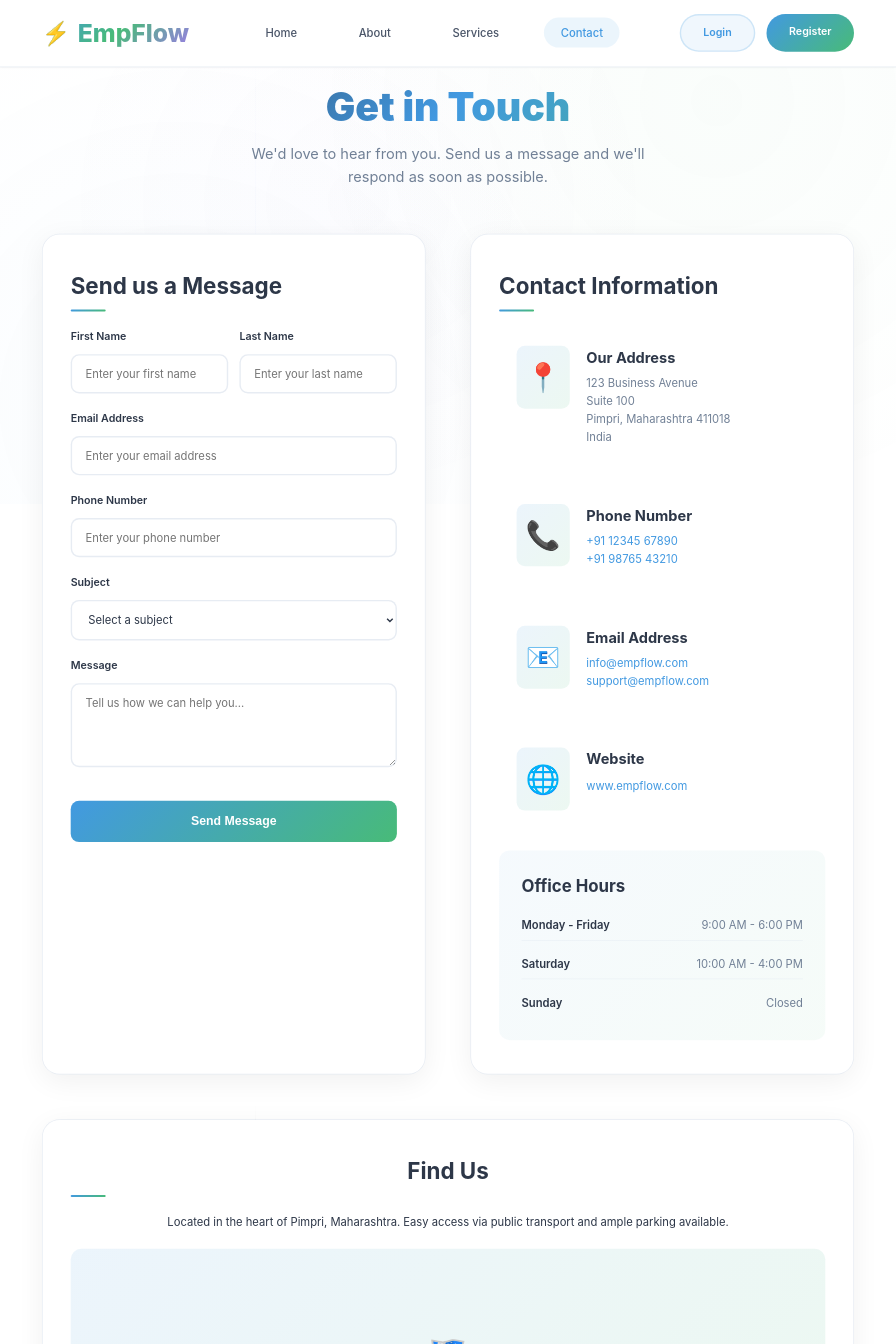
Repository: Shwetannarkhede/EmployeeHub
Page: EmployeeManagemntSystem/src/main/webapp/contact.html
The author's editor kept a copy of each file at every save. The page is drawn from the files as they stood at one save, then again after the next save.
The browser window is 1280 px wide. The pictures show the part of the page from y = 0 to 1920 px (the page is 2725 px tall), at 70% of full size.

Above is the page before, as saved 2025-09-21 16:28:50.

### EmployeeManagemntSystem/src/main/webapp/contact.html
<!DOCTYPE html>
<html lang="en">
<head>
    <meta charset="UTF-8">
    <meta name="viewport" content="width=device-width, initial-scale=1.0">
    <title>EmpFlow - Contact Us</title>
    <style>
        * {
            margin: 0;
            padding: 0;
            box-sizing: border-box;
        }

        body {
            font-family: 'Inter', -apple-system, BlinkMacSystemFont, 'Segoe UI', sans-serif;
            line-height: 1.6;
            color: #2d3748;
            background: #ffffff;
            min-height: 100vh;
            position: relative;
            overflow-x: hidden;
        }

        body::before {
            content: '';
            position: fixed;
            top: 0;
            left: 0;
            width: 100%;
            height: 100%;
            background: radial-gradient(circle at 20% 80%, rgba(66, 153, 225, 0.03) 0%, transparent 50%),
                        radial-gradient(circle at 80% 20%, rgba(72, 187, 120, 0.03) 0%, transparent 50%),
                        radial-gradient(circle at 40% 40%, rgba(159, 122, 234, 0.02) 0%, transparent 50%);
            z-index: -1;
        }

        .container {
            max-width: 1200px;
            margin: 0 auto;
            padding: 0 20px;
        }

        /* Header */
        header {
            background: rgba(255, 255, 255, 0.98);
            backdrop-filter: blur(20px);
            border-bottom: 1px solid rgba(226, 232, 240, 0.8);
            padding: 1.2rem 0;
            position: fixed;
            width: 100%;
            top: 0;
            z-index: 1000;
            box-shadow: 0 1px 3px rgba(0, 0, 0, 0.08);
        }

        nav {
            display: flex;
            justify-content: space-between;
            align-items: center;
        }

        .logo {
            font-size: 2.2rem;
            font-weight: 800;
            color: #2d3748;
            text-decoration: none;
            display: flex;
            align-items: center;
            gap: 0.7rem;
            background: linear-gradient(135deg, #4299e1, #48bb78, #9f7aea);
            -webkit-background-clip: text;
            -webkit-text-fill-color: transparent;
            background-clip: text;
        }

        .logo::before {
            content: "⚡";
            font-size: 2rem;
            -webkit-text-fill-color: #4299e1;
        }

        .nav-links {
            display: flex;
            list-style: none;
            gap: 2.5rem;
        }

        .nav-links a {
            color: #4a5568;
            text-decoration: none;
            transition: all 0.3s ease;
            padding: 0.7rem 1.5rem;
            border-radius: 50px;
            font-weight: 500;
            position: relative;
        }

        .nav-links a::before {
            content: '';
            position: absolute;
            top: 0;
            left: 0;
            width: 100%;
            height: 100%;
            background: linear-gradient(135deg, rgba(66, 153, 225, 0.08), rgba(72, 187, 120, 0.08));
            border-radius: 50px;
            opacity: 0;
            transition: opacity 0.3s ease;
        }

        .nav-links a:hover::before {
            opacity: 1;
        }

        .nav-links a:hover {
            color: #2d3748;
            transform: translateY(-2px);
        }

        .nav-links a.active {
            color: #4299e1;
            background: rgba(66, 153, 225, 0.1);
        }

        .auth-buttons {
            display: flex;
            gap: 1rem;
        }

        .btn-nav {
            padding: 0.8rem 2rem;
            border-radius: 50px;
            text-decoration: none;
            font-weight: 600;
            transition: all 0.3s cubic-bezier(0.4, 0, 0.2, 1);
            border: none;
            cursor: pointer;
            font-size: 0.95rem;
        }

        .btn-login {
            background: rgba(66, 153, 225, 0.08);
            color: #4299e1;
            border: 2px solid rgba(66, 153, 225, 0.2);
        }

        .btn-register {
            background: linear-gradient(135deg, #4299e1, #48bb78);
            color: #fff;
        }

        .btn-nav:hover {
            transform: translateY(-3px);
            box-shadow: 0 10px 25px rgba(0, 0, 0, 0.12);
        }

        /* Main Content */
        main {
            padding-top: 120px;
            padding-bottom: 60px;
        }

        .contact-hero {
            text-align: center;
            margin-bottom: 4rem;
            animation: fadeInUp 0.8s cubic-bezier(0.4, 0, 0.2, 1);
        }

        .contact-hero h1 {
            font-size: 3.5rem;
            font-weight: 900;
            margin-bottom: 1rem;
            background: linear-gradient(135deg, #2d3748, #4299e1, #48bb78);
            -webkit-background-clip: text;
            -webkit-text-fill-color: transparent;
            background-clip: text;
            line-height: 1.2;
        }

        .contact-hero p {
            font-size: 1.3rem;
            color: #718096;
            max-width: 600px;
            margin: 0 auto;
            line-height: 1.6;
        }

        .contact-content {
            display: grid;
            grid-template-columns: 1fr 1fr;
            gap: 4rem;
            margin-bottom: 4rem;
        }

        .contact-form-section {
            background: #ffffff;
            border-radius: 25px;
            padding: 3rem 2.5rem;
            border: 1px solid rgba(226, 232, 240, 0.8);
            box-shadow: 0 10px 40px rgba(0, 0, 0, 0.06);
            animation: fadeInUp 0.8s cubic-bezier(0.4, 0, 0.2, 1) 0.2s both;
        }

        .contact-info-section {
            background: #ffffff;
            border-radius: 25px;
            padding: 3rem 2.5rem;
            border: 1px solid rgba(226, 232, 240, 0.8);
            box-shadow: 0 10px 40px rgba(0, 0, 0, 0.06);
            animation: fadeInUp 0.8s cubic-bezier(0.4, 0, 0.2, 1) 0.4s both;
        }

        .section-title {
            font-size: 2rem;
            font-weight: 700;
            color: #2d3748;
            margin-bottom: 1.5rem;
            position: relative;
        }

        .section-title::after {
            content: '';
            display: block;
            width: 50px;
            height: 3px;
            background: linear-gradient(135deg, #4299e1, #48bb78);
            margin-top: 0.5rem;
            border-radius: 2px;
        }

        /* Contact Form */
        .contact-form {
            display: flex;
            flex-direction: column;
            gap: 1.5rem;
        }

        .form-row {
            display: flex;
            gap: 1rem;
        }

        .form-group {
            flex: 1;
            position: relative;
            transition: transform 0.3s ease;
        }

        .form-group:focus-within {
            transform: translateY(-2px);
        }

        .form-group label {
            display: block;
            margin-bottom: 0.8rem;
            color: #2d3748;
            font-weight: 600;
            font-size: 0.95rem;
        }

        .form-group input,
        .form-group textarea,
        .form-group select {
            width: 100%;
            padding: 1rem 1.2rem;
            border: 2px solid rgba(226, 232, 240, 0.8);
            border-radius: 12px;
            font-size: 1rem;
            transition: all 0.3s ease;
            background: #ffffff;
            color: #2d3748;
            font-family: inherit;
        }

        .form-group input:focus,
        .form-group textarea:focus,
        .form-group select:focus {
            outline: none;
            border-color: #4299e1;
            box-shadow: 0 0 0 3px rgba(66, 153, 225, 0.1);
            transform: translateY(-1px);
        }

        .form-group input:hover,
        .form-group textarea:hover,
        .form-group select:hover {
            border-color: #cbd5e0;
        }

        .form-group textarea {
            min-height: 120px;
            resize: vertical;
        }

        .submit-btn {
            background: linear-gradient(135deg, #4299e1, #48bb78);
            color: white;
            border: none;
            border-radius: 12px;
            padding: 1.2rem 2rem;
            font-size: 1.1rem;
            font-weight: 600;
            cursor: pointer;
            transition: all 0.3s cubic-bezier(0.4, 0, 0.2, 1);
            position: relative;
            overflow: hidden;
            margin-top: 1rem;
        }

        .submit-btn::before {
            content: '';
            position: absolute;
            top: 0;
            left: -100%;
            width: 100%;
            height: 100%;
            background: linear-gradient(90deg, transparent, rgba(255, 255, 255, 0.2), transparent);
            transition: left 0.5s ease;
        }

        .submit-btn:hover::before {
            left: 100%;
        }

        .submit-btn:hover {
            transform: translateY(-3px);
            box-shadow: 0 10px 25px rgba(66, 153, 225, 0.3);
        }

        .submit-btn:active {
            transform: translateY(0);
        }

        /* Contact Info */
        .contact-info {
            display: flex;
            flex-direction: column;
            gap: 2rem;
        }

        .info-item {
            display: flex;
            align-items: flex-start;
            gap: 1.5rem;
            padding: 1.5rem;
            border-radius: 15px;
            transition: all 0.3s ease;
            border: 1px solid transparent;
        }

        .info-item:hover {
            background: rgba(66, 153, 225, 0.02);
            border-color: rgba(66, 153, 225, 0.1);
            transform: translateY(-2px);
        }

        .info-icon {
            font-size: 2.5rem;
            min-width: 3rem;
            display: flex;
            align-items: center;
            justify-content: center;
            background: linear-gradient(135deg, rgba(66, 153, 225, 0.1), rgba(72, 187, 120, 0.1));
            border-radius: 12px;
            padding: 0.8rem;
        }

        .info-content h3 {
            font-size: 1.3rem;
            font-weight: 700;
            color: #2d3748;
            margin-bottom: 0.5rem;
        }

        .info-content p {
            color: #718096;
            line-height: 1.6;
        }

        .info-content a {
            color: #4299e1;
            text-decoration: none;
            transition: color 0.3s ease;
        }

        .info-content a:hover {
            color: #3182ce;
            text-decoration: underline;
        }

        /* Office Hours */
        .office-hours {
            background: linear-gradient(135deg, rgba(66, 153, 225, 0.05), rgba(72, 187, 120, 0.05));
            border-radius: 15px;
            padding: 2rem;
            margin-top: 2rem;
        }

        .office-hours h3 {
            font-size: 1.5rem;
            font-weight: 700;
            color: #2d3748;
            margin-bottom: 1rem;
        }

        .hours-list {
            display: flex;
            flex-direction: column;
            gap: 0.8rem;
        }

        .hours-item {
            display: flex;
            justify-content: space-between;
            align-items: center;
            padding: 0.5rem 0;
            border-bottom: 1px solid rgba(226, 232, 240, 0.5);
        }

        .hours-item:last-child {
            border-bottom: none;
        }

        .hours-day {
            font-weight: 600;
            color: #2d3748;
        }

        .hours-time {
            color: #718096;
        }

        /* Map Section */
        .map-section {
            grid-column: 1 / -1;
            background: #ffffff;
            border-radius: 25px;
            padding: 3rem 2.5rem;
            border: 1px solid rgba(226, 232, 240, 0.8);
            box-shadow: 0 10px 40px rgba(0, 0, 0, 0.06);
            text-align: center;
            animation: fadeInUp 0.8s cubic-bezier(0.4, 0, 0.2, 1) 0.6s both;
        }

        .map-placeholder {
            width: 100%;
            height: 300px;
            background: linear-gradient(135deg, rgba(66, 153, 225, 0.1), rgba(72, 187, 120, 0.1));
            border-radius: 15px;
            display: flex;
            align-items: center;
            justify-content: center;
            font-size: 3rem;
            color: #718096;
            margin-top: 1.5rem;
        }

        /* Footer */
        footer {
            background: rgba(45, 55, 72, 0.98);
            color: #fff;
            padding: 4rem 0 2rem;
            border-top: 1px solid rgba(226, 232, 240, 0.2);
            margin-top: 5rem;
        }

        .footer-content {
            display: grid;
            grid-template-columns: repeat(auto-fit, minmax(250px, 1fr));
            gap: 3rem;
            margin-bottom: 3rem;
        }

        .footer-section h4 {
            color: #4299e1;
            margin-bottom: 1.5rem;
            font-size: 1.3rem;
            font-weight: 700;
        }

        .footer-section p, .footer-section a {
            color: rgba(255, 255, 255, 0.8);
            text-decoration: none;
            line-height: 2;
            transition: color 0.3s ease;
        }

        .footer-section a:hover {
            color: #48bb78;
        }

        .footer-bottom {
            text-align: center;
            padding-top: 2rem;
            border-top: 1px solid rgba(255, 255, 255, 0.1);
            color: rgba(255, 255, 255, 0.6);
        }

        /* Animations */
        @keyframes fadeInUp {
            from {
                opacity: 0;
                transform: translateY(30px);
            }
            to {
                opacity: 1;
                transform: translateY(0);
            }
        }

        /* Responsive Design */
        @media (max-width: 768px) {
            .nav-links {
                display: none;
            }

            .auth-buttons {
                flex-direction: column;
                gap: 0.5rem;
            }

            .btn-nav {
                padding: 0.7rem 1.5rem;
                font-size: 0.9rem;
            }

            .contact-hero h1 {
                font-size: 2.5rem;
            }

            .contact-content {
                grid-template-columns: 1fr;
                gap: 2rem;
            }

            .contact-form-section,
            .contact-info-section {
                padding: 2rem 1.5rem;
            }

            .form-row {
                flex-direction: column;
                gap: 0;
            }

            .info-item {
                padding: 1rem;
            }

            .info-icon {
                font-size: 2rem;
                min-width: 2.5rem;
                padding: 0.6rem;
            }
        }

        @media (max-width: 480px) {
            .container {
                padding: 0 15px;
            }

            .contact-hero h1 {
                font-size: 2rem;
            }

            .contact-hero p {
                font-size: 1.1rem;
            }

            .contact-form-section,
            .contact-info-section {
                padding: 1.5rem 1rem;
            }

            .section-title {
                font-size: 1.5rem;
            }
        }
    </style>
</head>
<body>
    <header>
        <nav class="container">
            <a href="/" class="logo">EmpFlow</a>
            <ul class="nav-links">
                <li><a href="/">Home</a></li>
                <li><a href="/about">About</a></li>
                <li><a href="/services">Services</a></li>
                <li><a href="/contact" class="active">Contact</a></li>
            </ul>
            <div class="auth-buttons">
                <a href="/login" class="btn-nav btn-login">Login</a>
                <a href="/register" class="btn-nav btn-register">Register</a>
            </div>
        </nav>
    </header>

    <main>
        <div class="container">
            <div class="contact-hero">
                <h1>Get in Touch</h1>
                <p>We'd love to hear from you. Send us a message and we'll respond as soon as possible.</p>
            </div>

            <div class="contact-content">
                <div class="contact-form-section">
                    <h2 class="section-title">Send us a Message</h2>
                    <form class="contact-form" action="/contact" method="POST">
                        <div class="form-row">
                            <div class="form-group">
                                <label for="firstName">First Name</label>
                                <input type="text" id="firstName" name="firstName" placeholder="Enter your first name" required>
                            </div>
                            <div class="form-group">
                                <label for="lastName">Last Name</label>
                                <input type="text" id="lastName" name="lastName" placeholder="Enter your last name" required>
                            </div>
                        </div>

                        <div class="form-group">
                            <label for="email">Email Address</label>
                            <input type="email" id="email" name="email" placeholder="Enter your email address" required>
                        </div>

                        <div class="form-group">
                            <label for="phone">Phone Number</label>
                            <input type="tel" id="phone" name="phone" placeholder="Enter your phone number">
                        </div>

                        <div class="form-group">
                            <label for="subject">Subject</label>
                            <select id="subject" name="subject" required>
                                <option value="">Select a subject</option>
                                <option value="general">General Inquiry</option>
                                <option value="support">Technical Support</option>
                                <option value="billing">Billing Question</option>
                                <option value="partnership">Partnership</option>
                                <option value="other">Other</option>
                            </select>
                        </div>

                        <div class="form-group">
                            <label for="message">Message</label>
                            <textarea id="message" name="message" placeholder="Tell us how we can help you..." required></textarea>
                        </div>

                        <button type="submit" class="submit-btn">Send Message</button>
                    </form>
                </div>

                <div class="contact-info-section">
                    <h2 class="section-title">Contact Information</h2>
                    <div class="contact-info">
                        <div class="info-item">
                            <div class="info-icon">📍</div>
                            <div class="info-content">
                                <h3>Our Address</h3>
                                <p>123 Business Avenue<br>
                                   Suite 100<br>
                                   Pimpri, Maharashtra 411018<br>
                                   India</p>
                            </div>
                        </div>

                        <div class="info-item">
                            <div class="info-icon">📞</div>
                            <div class="info-content">
                                <h3>Phone Number</h3>
                                <p><a href="tel:+911234567890">+91 12345 67890</a><br>
                                   <a href="tel:+919876543210">+91 98765 43210</a></p>
                            </div>
                        </div>

                        <div class="info-item">
                            <div class="info-icon">📧</div>
                            <div class="info-content">
                                <h3>Email Address</h3>
                                <p><a href="mailto:info@empflow.com">info@empflow.com</a><br>
                                   <a href="mailto:support@empflow.com">support@empflow.com</a></p>
                            </div>
                        </div>

                        <div class="info-item">
                            <div class="info-icon">🌐</div>
                            <div class="info-content">
                                <h3>Website</h3>
                                <p><a href="https://empflow.com" target="_blank">www.empflow.com</a></p>
                            </div>
                        </div>
                    </div>

                    <div class="office-hours">
                        <h3>Office Hours</h3>
                        <div class="hours-list">
                            <div class="hours-item">
                                <span class="hours-day">Monday - Friday</span>
                                <span class="hours-time">9:00 AM - 6:00 PM</span>
                            </div>
                            <div class="hours-item">
                                <span class="hours-day">Saturday</span>
                                <span class="hours-time">10:00 AM - 4:00 PM</span>
                            </div>
                            <div class="hours-item">
                                <span class="hours-day">Sunday</span>
                                <span class="hours-time">Closed</span>
                            </div>
                        </div>
                    </div>
                </div>

                <div class="map-section">
                    <h2 class="section-title">Find Us</h2>
                    <p>Located in the heart of Pimpri, Maharashtra. Easy access via public transport and ample parking available.</p>
                    <div class="map-placeholder">
                        🗺️
                    </div>
                </div>
            </div>
        </div>
    </main>

    <!-- Footer -->
    <footer>
        <div class="container">
            <div class="footer-content">
                <div class="footer-section">
                    <h4>EmpFlow</h4>
                    <p>Empowering organizations with innovative employee management solutions.</p>
                </div>
                <div class="footer-section">
                    <h4>Quick Links</h4>
                    <p><a href="/">Home</a></p>
                    <p><a href="/about">About</a></p>
                    <p><a href="/services">Services</a></p>
                    <p><a href="/contact">Contact</a></p>
                </div>
                <div class="footer-section">
                    <h4>Support</h4>
                    <p><a href="/help">Help Center</a></p>
                    <p><a href="/documentation">Documentation</a></p>
                    <p><a href="/api">API Reference</a></p>
                </div>
                <div class="footer-section">
                    <h4>Contact</h4>
                    <p>info@empflow.com</p>
                    <p>+91 12345 67890</p>
                    <p>Pimpri, Maharashtra</p>
                </div>
            </div>
            <div class="footer-bottom">
                <p>&copy; 2024 EmpFlow. All rights reserved.</p>
            </div>
        </div>
    </footer>
</body>
</html>

After the next save:
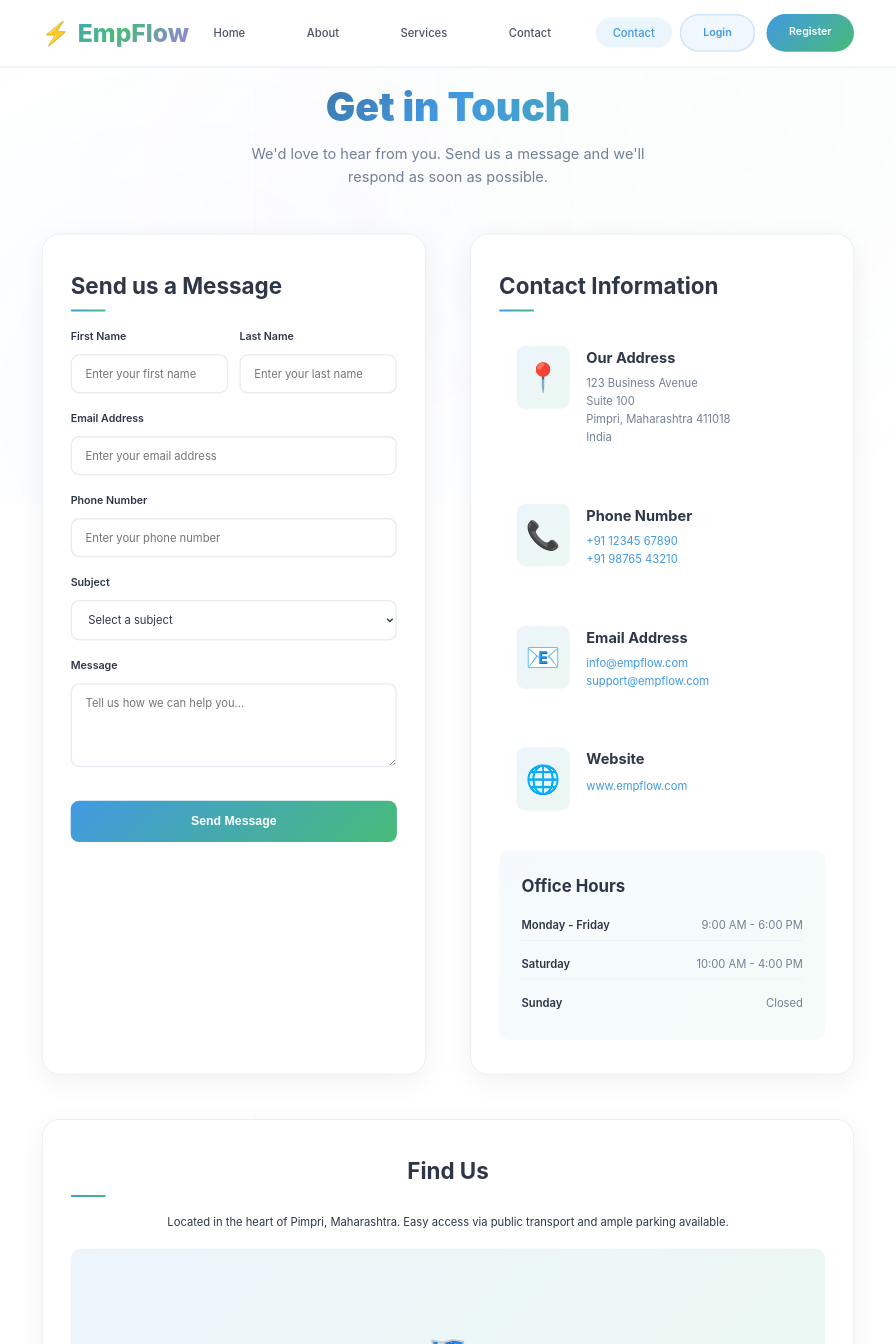
Saved 27 s later.
--- a/EmployeeManagemntSystem/src/main/webapp/contact.html
+++ b/EmployeeManagemntSystem/src/main/webapp/contact.html
@@ -583,9 +583,10 @@
         <nav class="container">
             <a href="/" class="logo">EmpFlow</a>
             <ul class="nav-links">
-                <li><a href="/">Home</a></li>
-                <li><a href="/about">About</a></li>
-                <li><a href="/services">Services</a></li>
+               <p><a href="Home.html">Home</a></p>
+                    <p><a href="about.html">About</a></p>
+                    <p><a href="/services">Services</a></p>
+                    <p><a href="contact.html">Contact</a></p>
                 <li><a href="/contact" class="active">Contact</a></li>
             </ul>
             <div class="auth-buttons">
